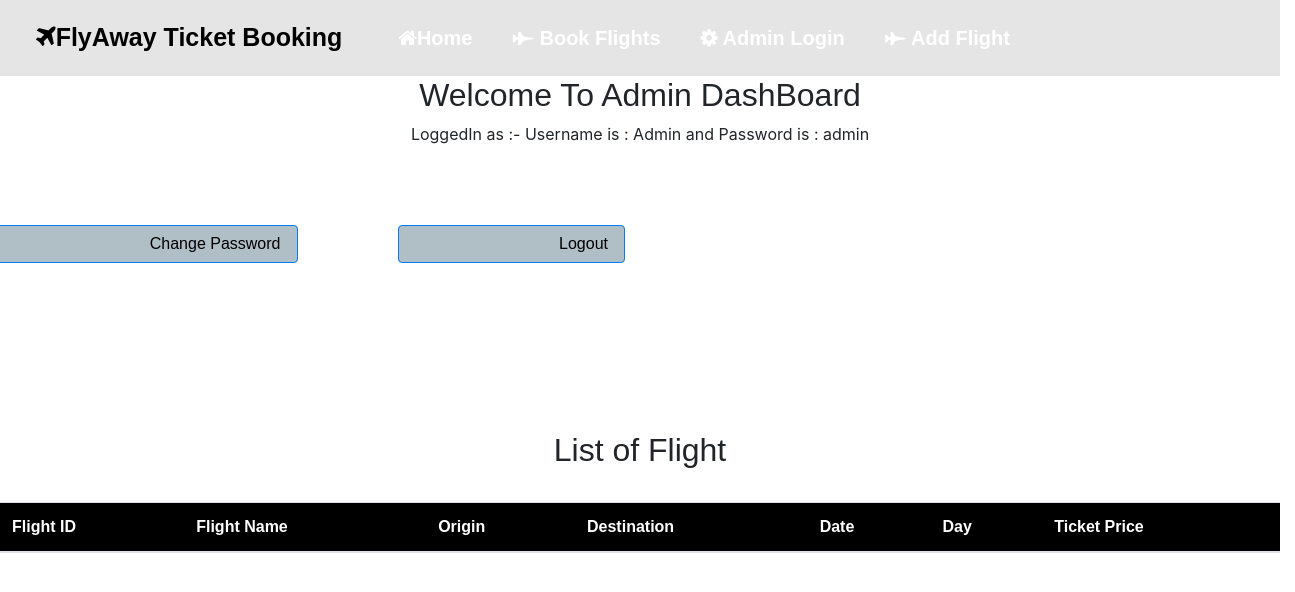
Repository: sayrabano/Phase2-project
Page: http://localhost/FlyAway/adminDashboard.jsp
An editor plug-in stored every save of this project. The page is shown before and after the next save, followed by the edit.
The browser window is 1280 px wide. The page is 1295 px wide, so the pictures cover 1295 px, including what lies to the right of the window. The pictures show the whole page.
Some web fonts or font styles are not loaded; a fallback is used. The page is served by Tomcat 9. Other server files are loaded and not shown. Queries for data that is not in the repository find no rows.

Above is the page before, as saved 2021-09-24 20:24:42.

### FlyAway/src/main/webapp/adminDashboard.jsp
<%@ page language="java" contentType="text/html; charset=ISO-8859-1"
	pageEncoding="ISO-8859-1"%>
<%@page import="java.sql.*"%>
<%@page import=" com.flyaway.LogIn"%>

<%
String driverName = "com.mysql.cj.jdbc.Driver";
String Url = "jdbc:mysql://localhost:3306/flyaway";

String userId = "root";
String password = "say123";

try {
	Class.forName(driverName);
} catch (ClassNotFoundException e) {
	e.printStackTrace();
}
Connection connection = null;
Statement statement = null;
ResultSet resultSet = null;
%>

<!DOCTYPE html>
<html>
<head>
<meta charset="ISO-8859-1">
<title>FlyAway</title>
<link rel="stylesheet"
	href="https://cdnjs.cloudflare.com/ajax/libs/font-awesome/4.7.0/css/font-awesome.min.css">
<!-- Required meta tags -->
<meta charset="utf-8">
<meta name="viewport"
	content="width=device-width, initial-scale=1, shrink-to-fit=no">

<!-- Bootstrap CSS -->
<link rel="stylesheet"
	href="https://maxcdn.bootstrapcdn.com/bootstrap/4.0.0/css/bootstrap.min.css"
	integrity="sha384-Gn5384xqQ1aoWXA+058RXPxPg6fy4IWvTNh0E263XmFcJlSAwiGgFAW/dAiS6JXm"
	crossorigin="anonymous">
<link rel="stylesheet"
	href="https://cdnjs.cloudflare.com/ajax/libs/font-awesome/4.7.0/css/font-awesome.min.css">
<link
	href="https://fonts.googleapis.com/css2?family=Baloo+Bhai+2:wght@500&display=swap"
	rel="stylesheet">
<link
	href="https://fonts.googleapis.com/css2?family=Ubuntu:ital,wght@1,700&display=swap"
	rel="stylesheet">
<link rel="stylesheet" href="CSS/style7.css" />
<style>
</style>
</head>

<body>

	<nav class="navbar navbar-expand-lg navbar-light bg-custom" id="navbar">





		<a class="navbar-brand" id="tag"><i class="fa fa-plane"
			aria-hidden="true"></i>FlyAway Ticket Booking</a>


		<div class="collapse navbar-collapse" id="navbarSupportedContent">
			<ul class="navbar-nav mr-auto">
				<li class="nav-item"><a class="nav-link" href="Home.jsp"> <i
						class="fa fa-home" aria-hidden="true"></i>Home
				</a></li>

				<li class="nav-item"><a class="nav-link"
					href="option-flightsearch.jsp"><i class="fa fa-fighter-jet"></i>
						Book Flights </a></li>
				<li class="nav-item"><a href="Login.jsp" class="nav-link"><i
						class="fa fa-gear"></i> Admin Login</a></li>
						<li class="nav-item"><a href="#" class="nav-link">
						<i class="fa fa-fighter-jet"></i> Add Flight</a></li>




			</ul>



		</div>

	</nav>


	<div>
		<h2>Welcome To Admin DashBoard</h2>
		<p style="text-align:center;"> LoggedIn as :- Username is : <%=LogIn.username %> and
		Password is : <%=LogIn.password %>
</p>

	<br><br>

	</div>
	<div class="row" align="center">
	<div class="col-lg-3 col-md-4 col-sm-4 mb-4">
           <form action="Changepassword.jsp" method="post">
           <button type="submit" class="btn btn-primary btn">Change Password</button>
		</form>
        </div>
        <div class="col-lg-3 col-md-4col-sm-6 mb-4">
            <form action="LogOut" method="get">
           <button type="submit" class="btn btn-primary btn">Logout</button>
		</form>
        </div>

        </div>
        </div>
         <br><br><br><br><br><br>
               <center><h2>List of Flight</h2></center><br>

				<table class="table table-bodered table striped" align="center">
					<thead class="thead">
						<tr>
							<th scope="col">Flight ID</th>
							<th scope="col">Flight Name</th>
							<th scope="col">Origin</th>
							<th scope="col">Destination</th>
							<th scope="col">Date</th>
							<th scope="col">Day</th>
							<th scope="col">Ticket Price</th>
						</tr>
					</thead>
					<tbody class="tbody">


						<%
						try {
							connection = DriverManager.getConnection(Url, userId, password);
							statement = connection.createStatement();
							String sql = "SELECT * FROM flight_list";
							resultSet = statement.executeQuery(sql);
							while (resultSet.next()) {
						%>
						<tr>
							<td><%=resultSet.getString("Id")%></td>
							<td><%=resultSet.getString("Flight")%></td>
							<td><%=resultSet.getString("Origin")%></td>
							<td><%=resultSet.getString("Destination")%></td>
							<td><%=resultSet.getString("Day")%></td>
							<td><%=resultSet.getString("Date")%></td>
							<td><%=resultSet.getString("Ticket_Price")%></td>
						</tr>
						<%
						}
						} catch (Exception e) {
						e.printStackTrace();
						}

						%>
					</tbody>
				</table>

</body>
</html>

### FlyAway/src/main/webapp/CSS/style7.css
@charset "ISO-8859-1";
@charset "ISO-8859-1";

#navbar{
background-color:rgba(0,0,0,.1) ;
font-family:'Ubuntu', sans-serif;

}


#navbar ul li a{
	color:white;

	font-size:20px;
	font-weight:bold;
	padding:15px 20px;

}
#navbar ul li a:hover{
	color:black;
	background-color:white;
	border-radius:18px;


}


#tag{
	font-size:25px;
 color:black;
 font-weight:bold;


	float:right;
	padding: 10px 20px;

}
#gear{
	margin:2px;
	padding:10px;



}
#gear a:hover{



	background-color:white;


}
h2{
	text-align:center;
	font-family:'Ubuntu', sans-serif;
}
.btn{
	color:black;
	padding-left:10rem;
	padding-right:1rem;
	margin-top: 15px;

   background-color:#b0bec5;
	font-family:'Ubuntu', sans-serif;
	float:right;
    display:flex;


}
.thead{
	background-color:#000000;
	font-family:'Ubuntu', sans-serif;
	color:white;
}
.tbody{
	background-color:#b0bec5;
	font-family:'Ubuntu', sans-serif;
}

After the next save:
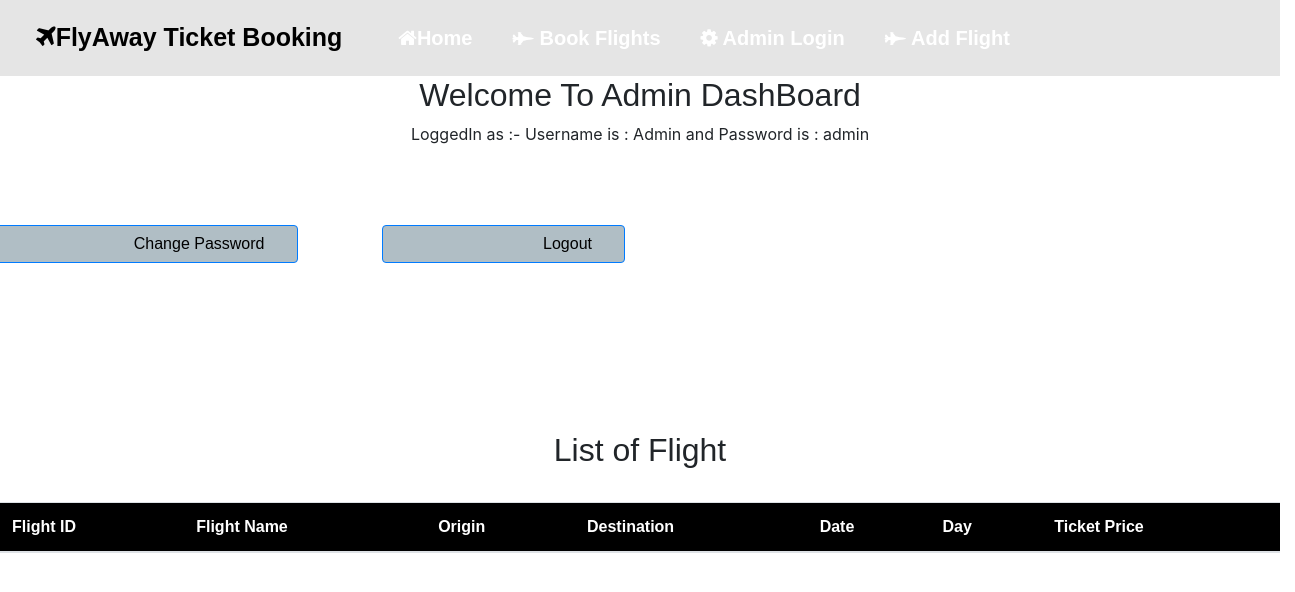
Saved 34 s later.
--- a/FlyAway/src/main/webapp/CSS/style7.css
+++ b/FlyAway/src/main/webapp/CSS/style7.css
@@ -57,7 +57,7 @@ h2{
 .btn{
 	color:black;
 	padding-left:10rem;
-	padding-right:1rem;
+	padding-right:2rem;
 	margin-top: 15px;
 
    background-color:#b0bec5;
